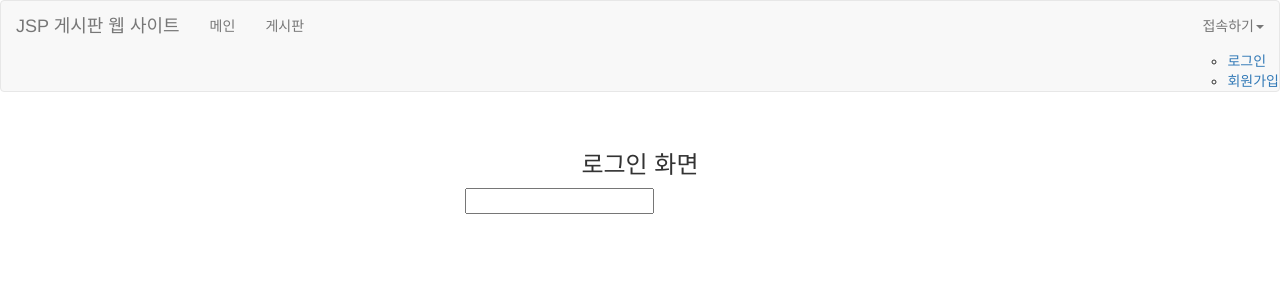
Repository: chyun94/JSP-
Page: http://localhost/BBS/login.jsp
These files come from the project's save history. The page is drawn as it stood at one moment and after the next save; the edit follows.
The browser window is 1280 px wide. The pictures show the whole page.
Some web libraries are served in a nearby version. The page is served by Tomcat 9. Other server files are loaded and not shown.

Above is the page before, as saved 2021-05-07 11:03:21.

### BBS/WebContent/login.jsp
<%@ page language="java" contentType="text/html; charset=UTF-8"
	pageEncoding="UTF-8"%>
<!DOCTYPE html>
<html>
<head>
<meta http-equiv="Content-Type" content="text/html; charset="UTF-8">
<!-- 아래 메타 태그는 디바이스마다 크기를 설정하기 위해서 작한한 메타 태그 -->
<meta name="viewport" content="width=device-width" , initial-scale="1">
<link rel="stylesheet" href="css/bootstrap.css">

<title>JSP 게시판 웹 사이트</title>
</head>
<body>
	<nav class="navbar navbar-default">
	<div class="navbar-header">
		<button type="button" class="navbar-toggle collapsed"
			data-toggle="collapse" data-target="#bs-example-navbar-collapse-1"
			aria-expanded="false">

			<span class="icon-bar"></span>
			<span class="icon-bar"></span>
			<span class="icon-bar"></span>

		</button>
		<a class="navbar-brand" href="main.jsp">JSP 게시판 웹 사이트</a>
	</div>
	<div class="collapse navbar-collapse" id="bs-example-navbar-collapse-1">
		<ul class="nav navbar-nav">
			<li><a href="main.jsp">메인</a></li>
			<li><a href="bbs.jsp">게시판</a></li>
		</ul>

		<ul class="nav navbar-nav navbar-right">
			<li class="dropdown">
				<a href="#" class="dropdown-toggle"
				data-toggle="dropdown" role="button" aria-haspopup="true"
				aria-expanded="false">접속하기<span class="caret"></span></a>

				<ul>
					<li class="active"><a href="login.jsp">로그인</a></li>
					<li><a href="join.jsp">회원가입</a></li>
				</ul>

			</li>
		</ul>
	</div>
	</nav>
	<div class="container">
		<div class="col-lg-4"></div>
		<div class="col-lg-4">
			<div class="jumbortron" style="padding-top:  20px;">
				<h3 style="text-align: center;">로그인 화면</h3>
				<div class="form-group">
					<input type="text" class="form-control="아이디" name="userID" maxlength="20">
				</div>
			</div>
		</div>
	</div>
	<script src="https://code.jquery.com/jquery-3.1.1.min.js"></script>
	<script src="js/bootstrap.js"></script>

</body>
</html>

Loaded but not shown: BBS/WebContent/css/bootstrap.css (library); BBS/WebContent/js/bootstrap.js (library)

After the next save:
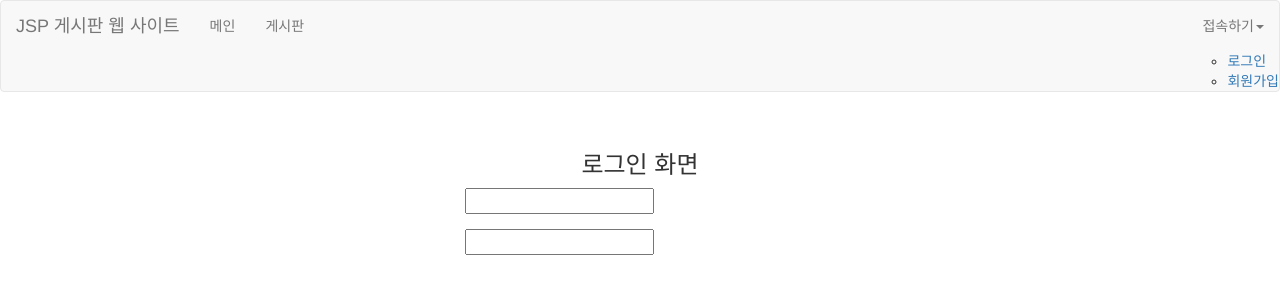
Saved 28 s later.
--- a/BBS/WebContent/login.jsp
+++ b/BBS/WebContent/login.jsp
@@ -53,6 +53,11 @@
 				<div class="form-group">
 					<input type="text" class="form-control="아이디" name="userID" maxlength="20">
 				</div>
+
+				<div class="form-group">
+					<input type="password" class="form-control="비밀번호" name="userPassword" maxlength="20">
+				</div>
+
 			</div>
 		</div>
 	</div>
